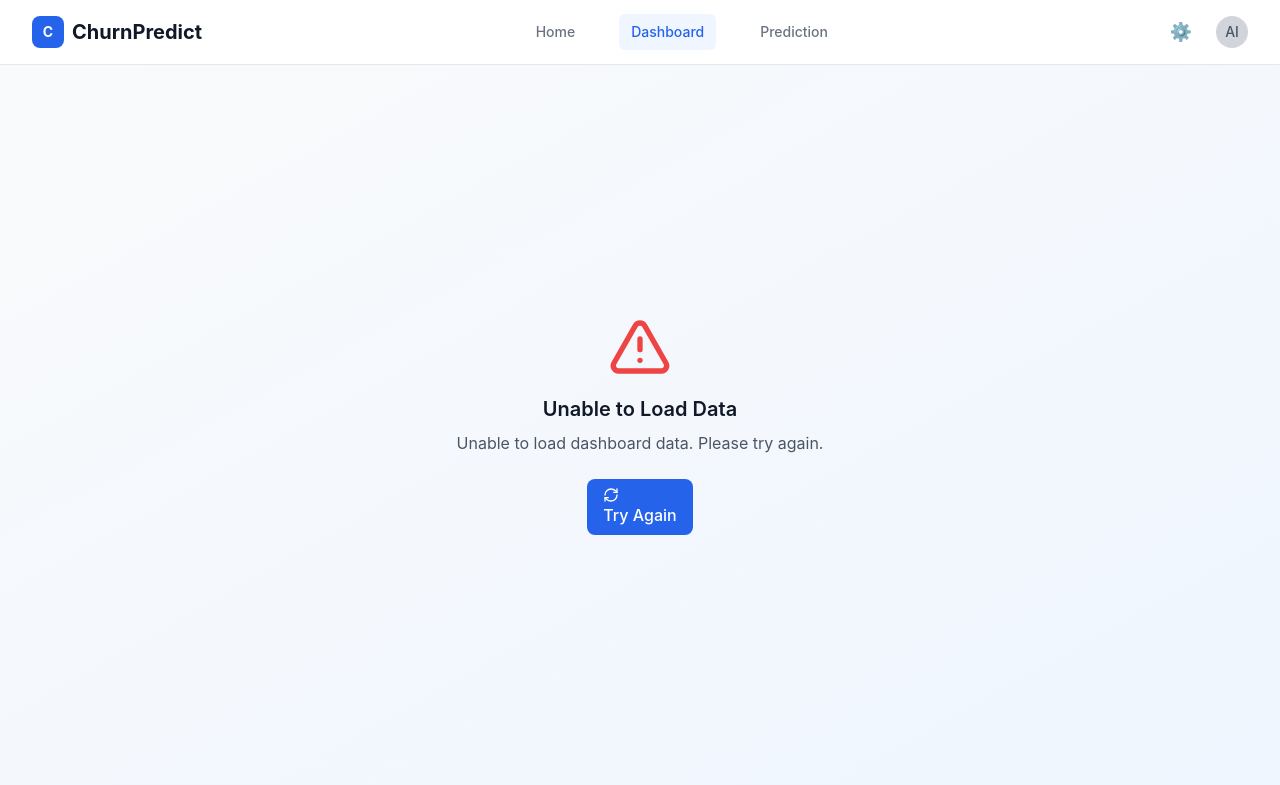
Repository: MaycemSaad/Customer-Churn-Prediction-Machine-Learning-Project
Page: /dashboard (app in frontend/)
The author's editor kept a copy of each file at every save. The page is drawn from the files as they stood at one save, then again after the next save.
The browser window is 1280 px wide. The pictures show the whole page.
The page's requests for data from a server got no answer. The project was rebuilt for these pictures with package versions that can differ from the ones it lists, and the page was loaded fresh each time. No one was signed in, and anything a server would have sent is missing. Also part of the build but not shown: frontend/next.config.js, frontend/vite.config.ts, frontend/src/pages/Home.tsx, frontend/src/components/charts/ChurnChart.tsx, frontend/src/components/charts/RiskDistributionChart.tsx, frontend/src/components/ui/Input.tsx, frontend/src/components/forms/CustomerForm.tsx, frontend/src/hooks/usePrediction.ts and 1 more.

Above is the page before, as saved 2025-11-12 15:44:11.

After the next save:
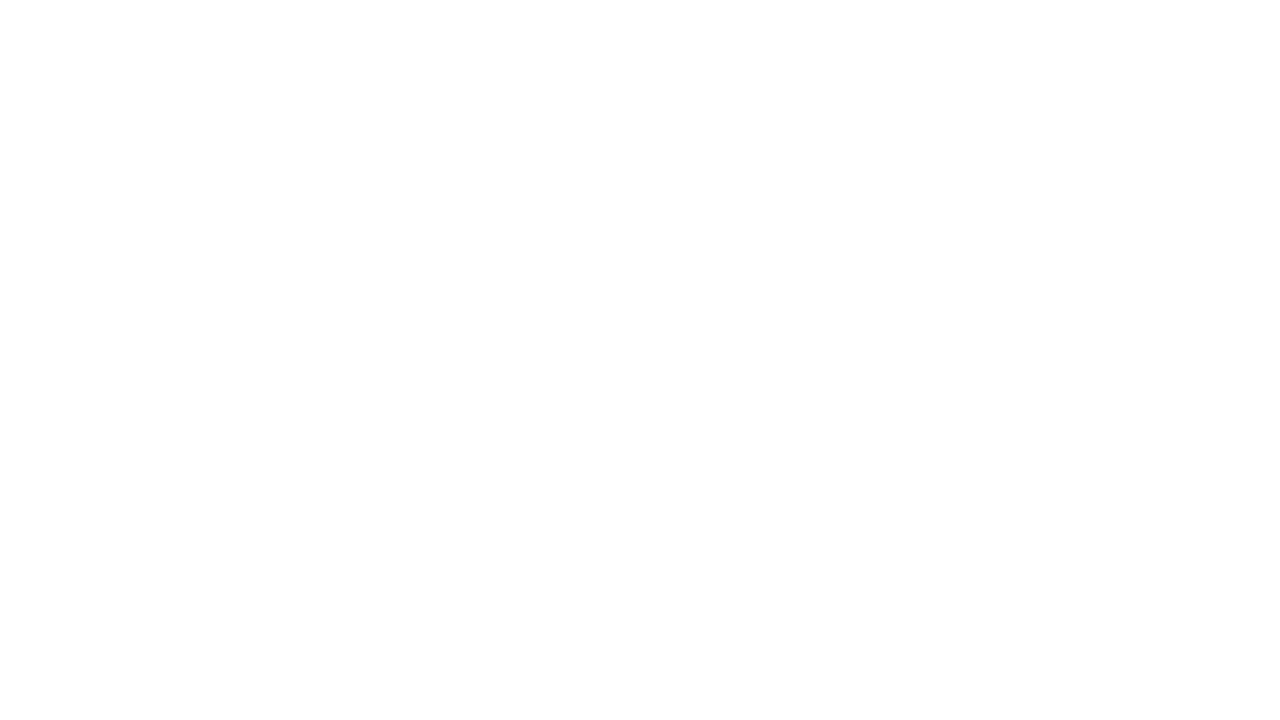
Console error: ReferenceError: Button is not defined
Saved 73 s later.
--- a/frontend/src/components/ui/Button.tsx
+++ b/frontend/src/components/ui/Button.tsx
@@ -1,48 +1 @@
-import React from 'react';
-
-interface ButtonProps extends React.ButtonHTMLAttributes<HTMLButtonElement> {
-  variant?: 'primary' | 'secondary' | 'danger';
-  size?: 'sm' | 'md' | 'lg';
-  loading?: boolean;
-}
-
-export const Button: React.FC<ButtonProps> = ({
-  children,
-  variant = 'primary',
-  size = 'md',
-  loading = false,
-  disabled,
-  className = '',
-  ...props
-}) => {
-  const baseClasses = 'font-medium rounded-lg transition-colors focus:outline-none focus:ring-2 focus:ring-offset-2';
-
-  const variants = {
-    primary: 'bg-blue-600 hover:bg-blue-700 text-white focus:ring-blue-500',
-    secondary: 'bg-gray-600 hover:bg-gray-700 text-white focus:ring-gray-500',
-    danger: 'bg-red-600 hover:bg-red-700 text-white focus:ring-red-500',
-  };
-
-  const sizes = {
-    sm: 'px-3 py-1.5 text-sm',
-    md: 'px-4 py-2 text-base',
-    lg: 'px-6 py-3 text-lg',
-  };
-
-  const classes = `${baseClasses} ${variants[variant]} ${sizes[size]} ${className} ${
-    disabled || loading ? 'opacity-50 cursor-not-allowed' : ''
-  }`;
-
-  return (
-    <button className={classes} disabled={disabled || loading} {...props}>
-      {loading ? (
-        <div className="flex items-center justify-center">
-          <div className="w-4 h-4 border-2 border-white border-t-transparent rounded-full animate-spin mr-2" />
-          Loading...
-        </div>
-      ) : (
-        children
-      )}
-    </button>
-  );
-};
+Button.tsx

After the save that followed:
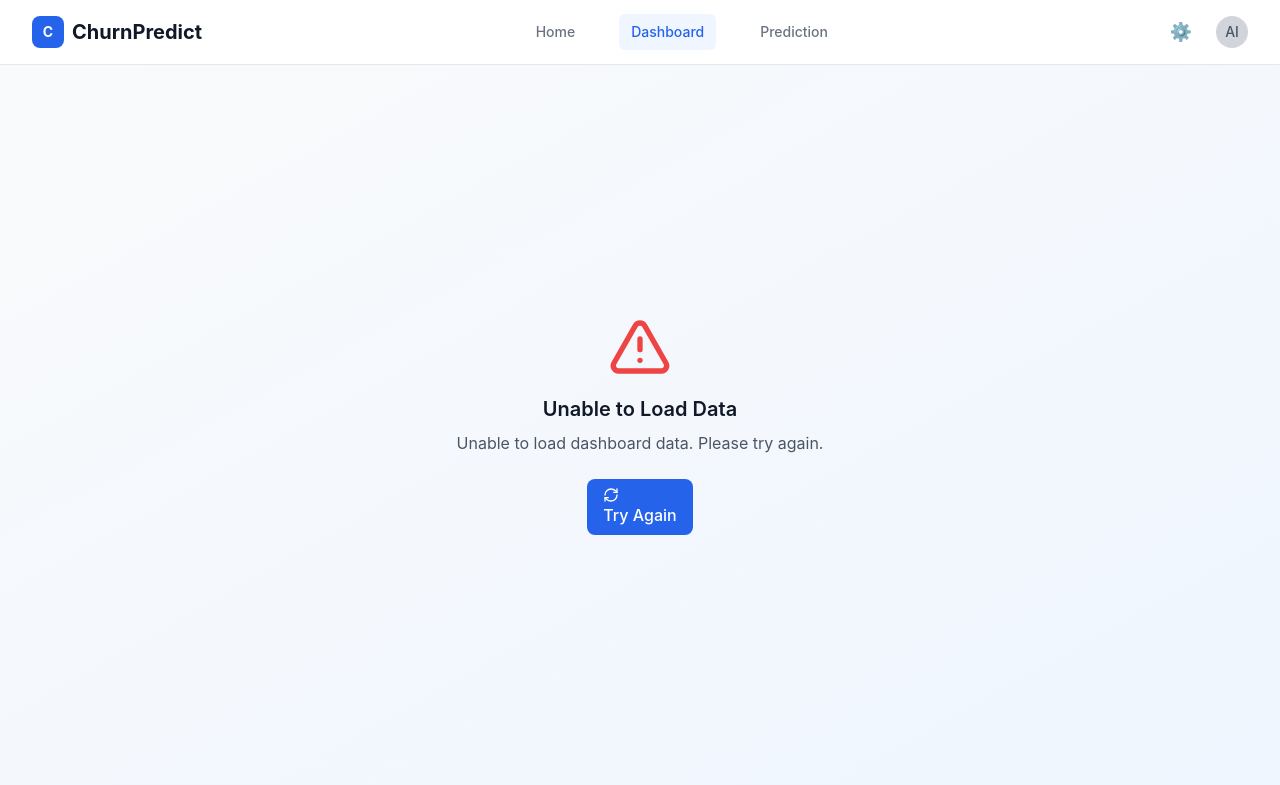
The error is gone.
Saved 4 s later.
--- a/frontend/src/components/ui/Button.tsx
+++ b/frontend/src/components/ui/Button.tsx
@@ -1 +1,48 @@
-Button.tsx
+import React from 'react';
+
+interface ButtonProps extends React.ButtonHTMLAttributes<HTMLButtonElement> {
+  variant?: 'primary' | 'secondary' | 'danger';
+  size?: 'sm' | 'md' | 'lg';
+  loading?: boolean;
+}
+
+export const Button: React.FC<ButtonProps> = ({
+  children,
+  variant = 'primary',
+  size = 'md',
+  loading = false,
+  disabled,
+  className = '',
+  ...props
+}) => {
+  const baseClasses = 'font-medium rounded-lg transition-colors focus:outline-none focus:ring-2 focus:ring-offset-2';
+
+  const variants = {
+    primary: 'bg-blue-600 hover:bg-blue-700 text-white focus:ring-blue-500',
+    secondary: 'bg-gray-600 hover:bg-gray-700 text-white focus:ring-gray-500',
+    danger: 'bg-red-600 hover:bg-red-700 text-white focus:ring-red-500',
+  };
+
+  const sizes = {
+    sm: 'px-3 py-1.5 text-sm',
+    md: 'px-4 py-2 text-base',
+    lg: 'px-6 py-3 text-lg',
+  };
+
+  const classes = `${baseClasses} ${variants[variant]} ${sizes[size]} ${className} ${
+    disabled || loading ? 'opacity-50 cursor-not-allowed' : ''
+  }`;
+
+  return (
+    <button className={classes} disabled={disabled || loading} {...props}>
+      {loading ? (
+        <div className="flex items-center justify-center">
+          <div className="w-4 h-4 border-2 border-white border-t-transparent rounded-full animate-spin mr-2" />
+          Loading...
+        </div>
+      ) : (
+        children
+      )}
+    </button>
+  );
+};
